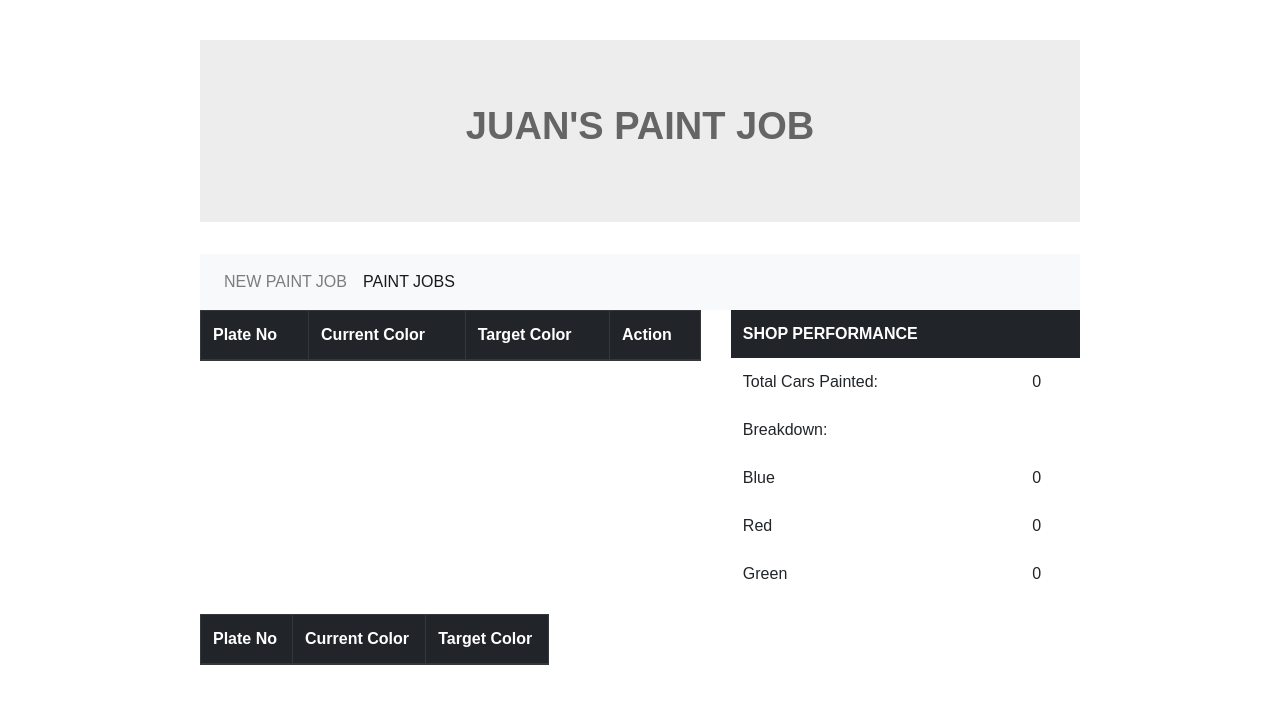
Repository: soycaringal/paint-job
Page: http://localhost/jobs
The author's editor kept a copy of each file at every save. The page is drawn from the files as they stood at one save, then again after the next save.
The browser window is 1280 px wide. The pictures show the whole page.
The page is served by the project's Laravel application, run on PHP 8.4 with Laravel 8. Queries for data that is not in the repository find no rows.

Above is the page before, as saved 2020-02-23 17:05:34.

After the next save:
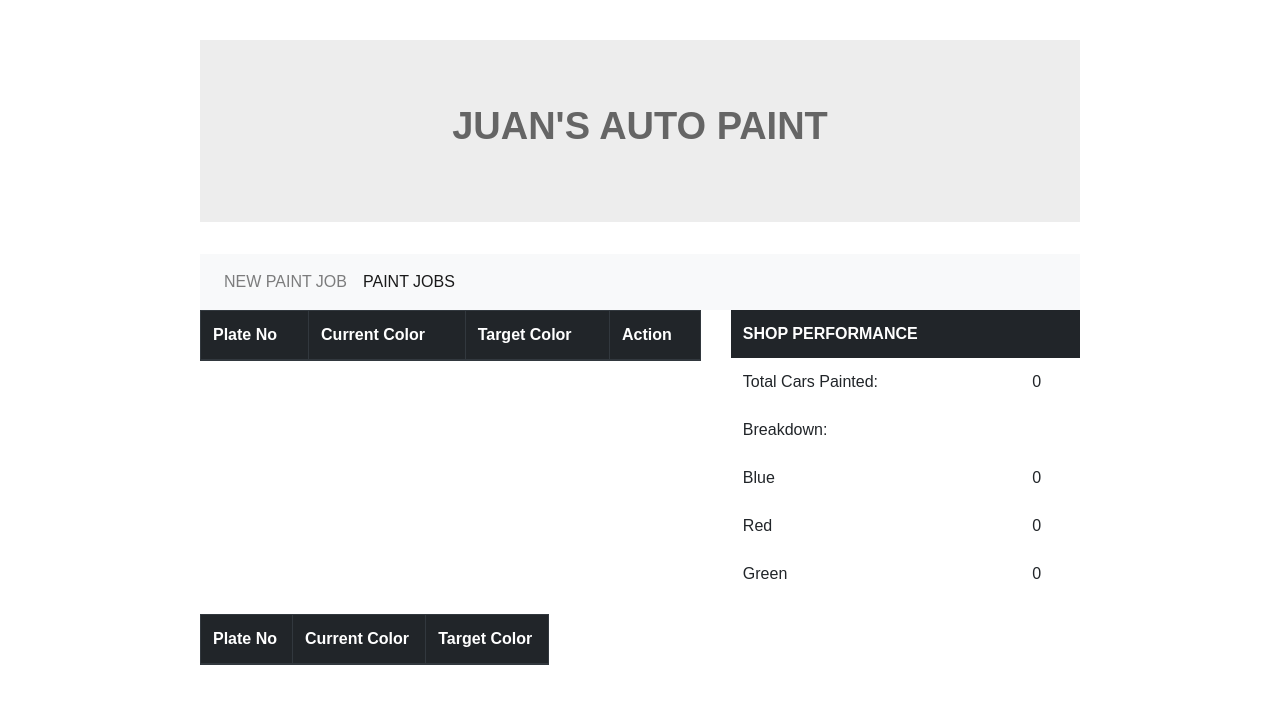
Saved 14 s later.
--- a/resources/views/layouts/app.blade.php
+++ b/resources/views/layouts/app.blade.php
@@ -20,7 +20,7 @@
         <div class="car-container">
             <header>
                 <div class="jumbotron text-center">
-                    <h1>Juan's Paint Job</h1>
+                    <h1>Juan's Auto Paint</h1>
                 </div>
                 <nav class="navbar navbar-expand-lg navbar-light bg-light">
                     <div class="collapse navbar-collapse" id="navbarText">
